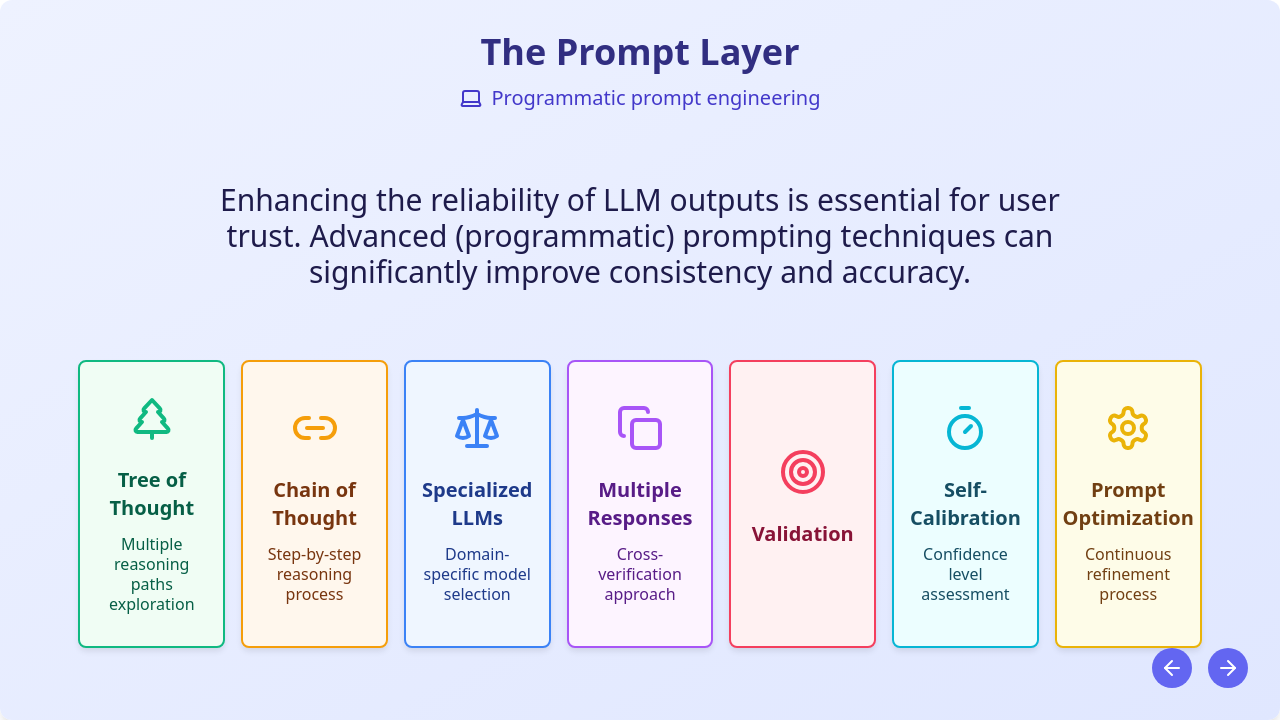
Repository: Galbaz1/dell_presentation
Page: /slide7
The author's editor kept a copy of each file at every save. The page is drawn from the files as they stood at one save, then again after the next save.
The browser window is 1280 px wide. The pictures show the whole page.
The project was rebuilt for these pictures with package versions that can differ from the ones it lists, and the page was loaded fresh each time. The framework's server and built-in components were replaced by stand-ins that run in the browser. Also part of the build but not shown: styles/animations/slide1.css, styles/animations/slide2.css.

Above is the page before, as saved 2024-11-13 13:08:33.

### pages/_app.tsx
import '../styles/globals.css'
import '../styles/animations/slide1.css'
import '../styles/animations/slide2.css'
import type { AppProps } from 'next/app'

function MyApp({ Component, pageProps }: AppProps) {
  return <Component {...pageProps} />
}

export default MyApp

### pages/slide7.tsx
import React, { useState, useEffect } from 'react';
import {
  ArrowLeft,
  GitBranch,
  Brain,
  Scale,
  Copy,
  Target,
  Timer,
  Settings,
  TreePine,
  Link2,
  ArrowRight,
  Laptop,
} from 'lucide-react';
import Link from 'next/link';
import { motion, AnimatePresence } from 'framer-motion';
import { useRouter } from 'next/router';

const Slide7: React.FC = () => {
  const router = useRouter();
  const [hoveredBlock, setHoveredBlock] = useState<number | null>(null);
  const [displayedText, setDisplayedText] = useState('');
  const fullText = "Enhancing the reliability of LLM outputs is essential for user trust. Advanced (programmatic) prompting techniques can significantly improve consistency and accuracy.";

  useEffect(() => {
    let index = 0;
    const timer = setInterval(() => {
      if (index <= fullText.length) {
        setDisplayedText(fullText.slice(0, index));
        index++;
      } else {
        clearInterval(timer);
      }
    }, 30); // Adjust speed as needed

    return () => clearInterval(timer);
  }, []);

  useEffect(() => {
    const handleKeyDown = (event: KeyboardEvent) => {
      switch (event.key) {
        case 'ArrowLeft':
          router.push('/slide4');
          break;
        case 'ArrowRight':
          router.push('/slide8');
          break;
      }
    };

    window.addEventListener('keydown', handleKeyDown);
    return () => window.removeEventListener('keydown', handleKeyDown);
  }, [router]);

  const blocks = [
    {
      icon: <TreePine className="w-8 h-8" />,
      title: "Tree of Thought",
      description: "Multiple reasoning paths exploration",
      color: {
        bg: "#f0fdf4",
        border: "#10b981",
        text: "#065f46"
      }
    },
    {
      icon: <Link2 className="w-8 h-8" />,
      title: "Chain of Thought",
      description: "Step-by-step reasoning process",
      color: {
        bg: "#fff7ed",
        border: "#f59e0b",
        text: "#78350f"
      }
    },
    {
      icon: <Scale className="w-8 h-8" />,
      title: "Specialized LLMs",
      description: "Domain-specific model selection",
      color: {
        bg: "#eff6ff",
        border: "#3b82f6",
        text: "#1e3a8a"
      }
    },
    {
      icon: <Copy className="w-8 h-8" />,
      title: "Multiple Responses",
      description: "Cross-verification approach",
      color: {
        bg: "#fdf4ff",
        border: "#a855f7",
        text: "#581c87"
      }
    },
    {
      icon: <Target className="w-8 h-8" />,
      title: "Validation",
      description: "",
      color: {
        bg: "#fff1f2",
        border: "#f43f5e",
        text: "#881337"
      }
    },
    {
      icon: <Timer className="w-8 h-8" />,
      title: "Self-Calibration",
      description: "Confidence level assessment",
      color: {
        bg: "#ecfeff",
        border: "#06b6d4",
        text: "#164e63"
      }
    },
    {
      icon: <Settings className="w-8 h-8" />,
      title: "Prompt Optimization",
      description: "Continuous refinement process",
      color: {
        bg: "#fefce8",
        border: "#eab308",
        text: "#713f12"
      }
    }
  ];

  const containerVariants = {
    hidden: { opacity: 0 },
    visible: {
      opacity: 1,
      transition: {
        staggerChildren: 0.1
      }
    }
  };

  const blockVariants = {
    hidden: { y: 20, opacity: 0 },
    visible: (i: number) => ({
      y: 0,
      opacity: 1,
      transition: {
        delay: i * 0.1,
        type: "spring",
        stiffness: 100,
        damping: 15
      }
    }),
    hover: {
      scale: 1.03,
      y: -5,
      transition: {
        type: "spring",
        stiffness: 400,
        damping: 10
      }
    }
  };

  return (
    <div className="bg-gradient-to-br from-indigo-50 to-indigo-100 p-8 rounded-xl shadow-lg min-h-screen overflow-hidden relative">
      {/* Header */}
      <motion.div
        className="mb-16"
        initial={{ y: -20, opacity: 0 }}
        animate={{ y: 0, opacity: 1 }}
        transition={{ duration: 0.8 }}
      >
        <h1 className="text-4xl font-bold text-indigo-900 mb-3 text-center">The Prompt Layer</h1>
        <p className="text-xl text-indigo-700 text-center flex items-center justify-center">
          <Laptop className="w-6 h-6 mr-2" />
          Programmatic prompt engineering
        </p>
      </motion.div>

      {/* Streaming Text Container - Fixed height to prevent layout shifts */}
      <div className="h-[120px] flex items-center justify-center mb-16">
        <motion.div
          className="max-w-4xl mx-auto text-center"
          initial={{ opacity: 0 }}
          animate={{ opacity: 1 }}
          transition={{ delay: 0.5 }}
        >
          <AnimatePresence mode='wait'>
            <motion.span
              key={displayedText}
              initial={{ opacity: 0.5 }}
              animate={{ opacity: 1 }}
              className="text-3xl font-medium text-indigo-950"
            >
              {displayedText}
            </motion.span>
            {displayedText.length < fullText.length && (
              <motion.span
                className="inline-block w-1 h-8 bg-indigo-600 ml-1"
                animate={{ opacity: [1, 0] }}
                transition={{ duration: 0.5, repeat: Infinity }}
              />
            )}
          </AnimatePresence>
        </motion.div>
      </div>

      {/* Blocks Container */}
      <motion.div
        className="max-w-[95%] mx-auto grid grid-cols-7 gap-4 px-4"
        variants={containerVariants}
        initial="hidden"
        animate="visible"
        style={{ height: '40vh' }}
      >
        {blocks.map((block, index) => (
          <motion.div
            key={block.title}
            className="w-full h-full aspect-square"
            variants={blockVariants}
            custom={index}
            whileHover="hover"
            onHoverStart={() => setHoveredBlock(index)}
            onHoverEnd={() => setHoveredBlock(null)}
          >
            <div
              className="h-full relative p-4"
              style={{
                backgroundColor: block.color.bg,
                borderColor: block.color.border,
                borderWidth: 2,
                borderStyle: 'solid',
                borderRadius: '0.5rem',
                display: 'flex',
                flexDirection: 'column',
                justifyContent: 'center',
                alignItems: 'center',
                boxShadow: '0 4px 6px -1px rgb(0 0 0 / 0.1)'
              }}
            >
              {/* Glow effect on hover */}
              {hoveredBlock === index && (
                <motion.div
                  className="absolute inset-0 rounded-lg"
                  initial={{ opacity: 0 }}
                  animate={{ opacity: 0.2 }}
                  exit={{ opacity: 0 }}
                  style={{
                    backgroundColor: block.color.border,
                    filter: 'blur(15px)',
                    zIndex: -1
                  }}
                />
              )}

              <div className="flex flex-col items-center justify-center text-center h-full">
                <motion.div
                  className="mb-6"
                  animate={hoveredBlock === index ? {
                    scale: [1, 1.2, 1],
                    rotate: [0, 360],
                    transition: { duration: 1 }
                  } : {}}
                  style={{ color: block.color.border }}
                >
                  {React.cloneElement(block.icon, { className: "w-12 h-12" })}
                </motion.div>

                <h3
                  className="text-xl font-bold mb-3"
                  style={{ color: block.color.text }}
                >
                  {block.title}
                </h3>

                <p
                  className="text-base leading-tight"
                  style={{ color: block.color.text }}
                >
                  {block.description}
                </p>
              </div>
            </div>
          </motion.div>
        ))}
      </motion.div>

      {/* Navigation */}
      <div className="absolute bottom-8 right-8 flex items-center space-x-4">
        <Link href="/slide6" className="bg-indigo-500 hover:bg-indigo-600 text-white p-2 rounded-full transition-colors">
          <ArrowLeft className="w-6 h-6" />
        </Link>
        <Link href="/slide8" className="bg-indigo-500 hover:bg-indigo-600 text-white p-2 rounded-full transition-colors">
          <ArrowRight className="w-6 h-6" />
        </Link>
      </div>
    </div>
  );
};

export default Slide7;

### styles/globals.css
@tailwind base;
@tailwind components;
@tailwind utilities;

@keyframes fallAndBounce {
  0% {
    transform: translateY(-100%) translateX(-50%);
  }
  70% {
    transform: translateY(140%) translateX(-50%);
  }
  75% {
    transform: translateY(130%) translateX(-50%);
  }
  80% {
    transform: translateY(135%) translateX(-50%);
  }
  85% {
    transform: translateY(128%) translateX(-50%);
  }
  90% {
    transform: translateY(132%) translateX(-50%);
  }
  100% {
    transform: translateY(0%) translateX(-50%);
  }
}

@keyframes developerFall {
  0%, 69% {
    transform: translateX(-50%) rotate(0deg);
  }
  100% {
    transform: translateX(100%) rotate(90deg);
  }
}

@keyframes pulsate {
  0% {
    transform: translateY(0%) translateX(-50%) scale(1);
  }
  8% {
    transform: translateY(0%) translateX(-50%) scale(1.15);
  }
  10% {
    transform: translateY(0%) translateX(-50%) scale(1.1);
  }
  18% {
    transform: translateY(0%) translateX(-50%) scale(1.35);
  }
  20% {
    transform: translateY(0%) translateX(-50%) scale(1.3);
  }
  28% {
    transform: translateY(0%) translateX(-50%) scale(1.55);
  }
  30% {
    transform: translateY(0%) translateX(-50%) scale(1.5);
  }
  38% {
    transform: translateY(0%) translateX(-50%) scale(1.75);
  }
  40% {
    transform: translateY(0%) translateX(-50%) scale(1.7);
  }
  48% {
    transform: translateY(0%) translateX(-50%) scale(1.95);
  }
  50% {
    transform: translateY(0%) translateX(-50%) scale(1.9);
  }
  100% {
    transform: translateY(0%) translateX(-50%) scale(2);
  }
}

@keyframes explodePiece {
  0% {
    transform: translate(0, 0) rotate(0);
    opacity: 1;
  }
  100% {
    transform: translate(var(--tx), 1000px) rotate(var(--tr));
    opacity: 0;
  }
}

.animate-fall-bounce {
  animation:
    fallAndBounce 3s cubic-bezier(0.4, 0, 0.2, 1) forwards,
    pulsate 8s cubic-bezier(0.4, 0, 0.2, 1) 5s forwards;
}

.animate-developer-fall {
  animation: developerFall 1.2s cubic-bezier(0.4, 0, 0.2, 1) forwards;
  animation-delay: 2.1s;
}

.explosion-piece {
  position: absolute;
  animation: explodePiece 2s cubic-bezier(0.4, 0, 0.2, 1) forwards;
  animation-delay: 16s; /* 5s wait + 8s growth + 3s wait */
}

### tailwind.config.js
/** @type {import('tailwindcss').Config} */
module.exports = {
  content: [
    "./pages/**/*.{js,ts,jsx,tsx}",
    "./components/**/*.{js,ts,jsx,tsx}",
    "./styles/**/*.css",
  ],
  theme: {
    extend: {},
  },
  plugins: [],
}

After the next save:
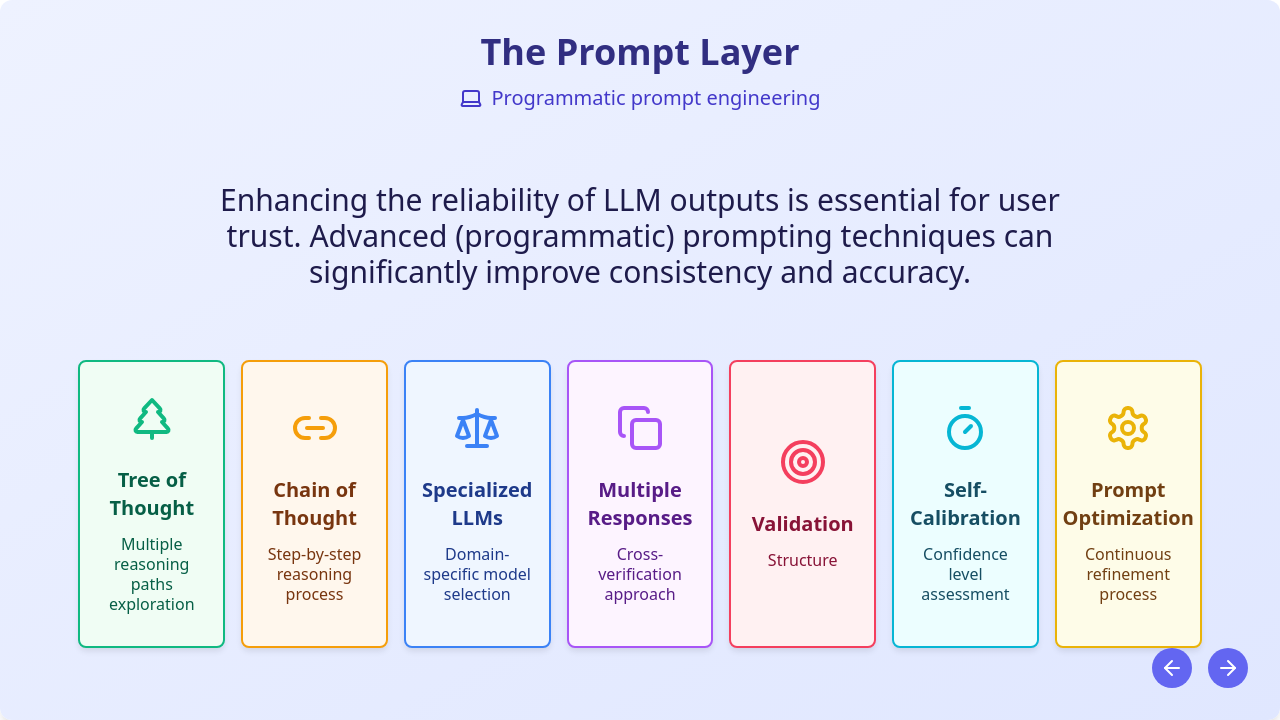
Saved 18 s later.
--- a/pages/slide7.tsx
+++ b/pages/slide7.tsx
@@ -97,7 +97,7 @@ const Slide7: React.FC = () => {
     {
       icon: <Target className="w-8 h-8" />,
       title: "Validation",
-      description: "",
+      description: "Structure",
       color: {
         bg: "#fff1f2",
         border: "#f43f5e",
